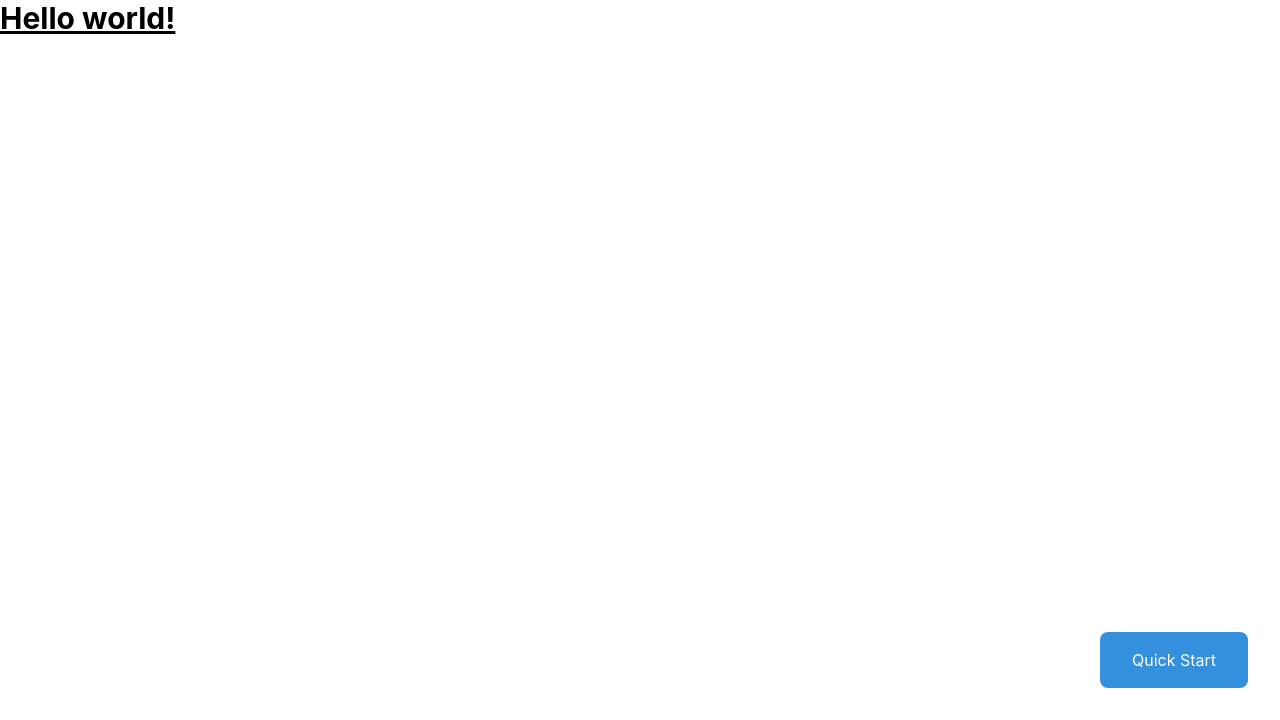
Repository: farrelmuhammad/quick-chat-task
Page: /
The author's editor kept a copy of each file at every save. The page is drawn from the files as they stood at one save, then again after the next save.
The browser window is 1280 px wide. The pictures show the whole page.
The project was rebuilt for these pictures with package versions that can differ from the ones it lists, and the page was loaded fresh each time.

Above is the page before, as saved 2023-09-17 16:59:26.

After the next save:
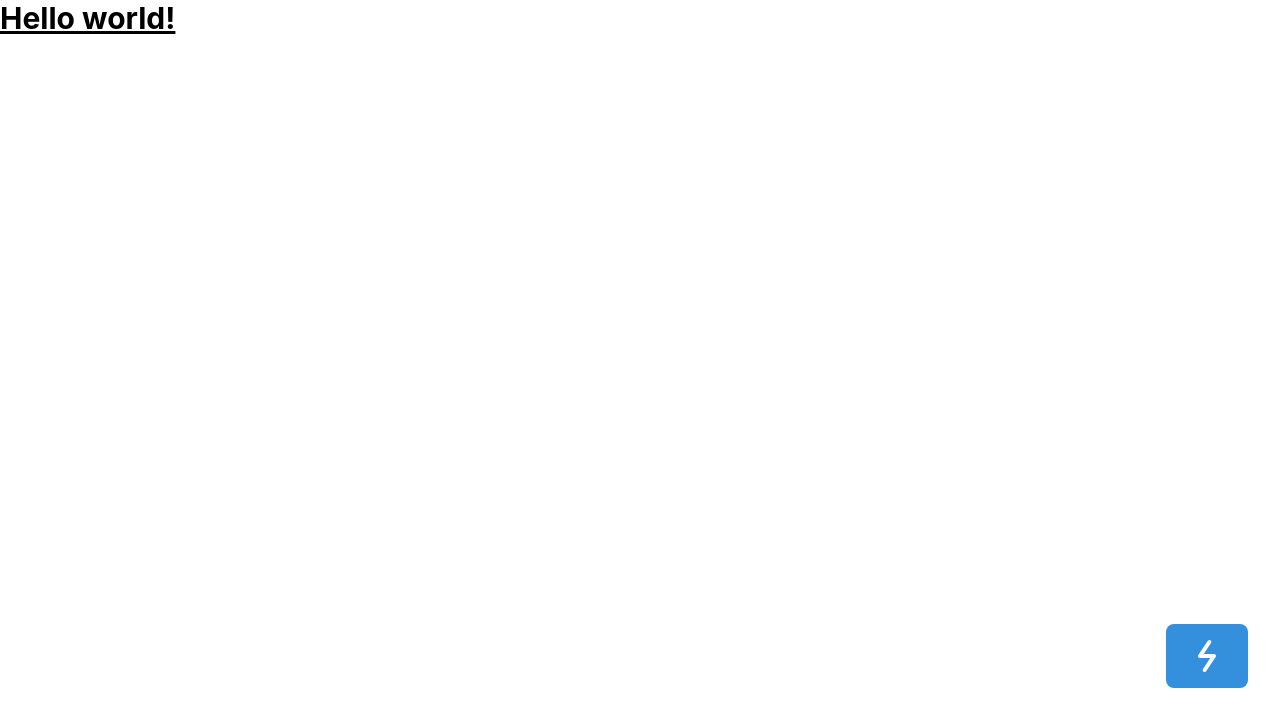
Saved 66 s later.
--- a/src/App.js
+++ b/src/App.js
@@ -7,7 +7,10 @@ function App() {
       <h1 className="text-3xl font-bold underline">Hello world!</h1>
 
       {/* Quick Start button */}
-      <button className="quick-start-button">Quick Start</button>
+      <button className="quick-start-button"><svg width="18" height="32" viewBox="0 0 18 32" fill="none" xmlns="http://www.w3.org/2000/svg">
+        <path fill-rule="evenodd" clip-rule="evenodd" d="M12.4427 0.335929C13.3618 0.948634 13.6101 2.19037 12.9974 3.10943L5.73704 14H16C16.7376 14 17.4153 14.406 17.7634 15.0563C18.1114 15.7066 18.0732 16.4957 17.6641 17.1094L8.33077 31.1094C7.71807 32.0285 6.47633 32.2768 5.55727 31.6641C4.63821 31.0514 4.38986 29.8097 5.00257 28.8906L12.263 18H2C1.26241 18 0.584692 17.5941 0.236654 16.9437C-0.111384 16.2934 -0.0732391 15.5043 0.335902 14.8906L9.66924 0.890629C10.2819 -0.0284284 11.5237 -0.276776 12.4427 0.335929Z" fill="white" />
+      </svg>
+      </button>
     </div>
   );
 }
